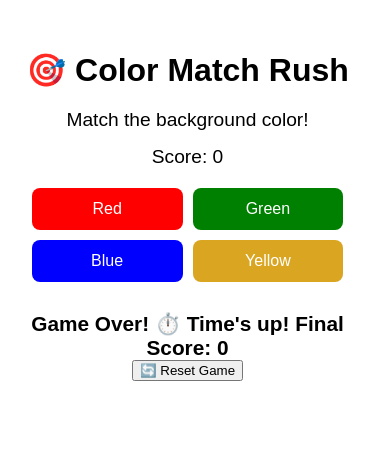
Repository: alokanand524/anand-portfolio
Page: games/color-match-game/index.html
These files come from the project's save history. The page is drawn as it stood at one moment and after the next save; the edit follows.
The browser window is 375 px wide. The pictures show the whole page.

Above is the page before, as saved 2025-07-31 16:20:11.

After the next save:
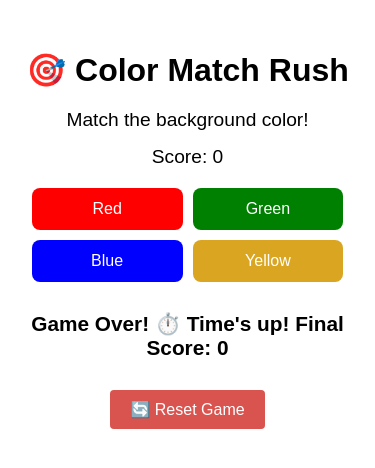
Saved 10 s later.
--- a/games/color-match-game/style.css
+++ b/games/color-match-game/style.css
@@ -1,67 +1,94 @@
-body, html {
-  margin: 0;
-  padding: 0;
-  font-family: 'Arial', sans-serif;
-  transition: background 0.3s ease-in-out;
+body,
+html {
+    margin: 0;
+    padding: 0;
+    font-family: 'Arial', sans-serif;
+    transition: background 0.3s ease-in-out;
 }
 
 .game-container {
-  text-align: center;
-  padding: 30px 20px;
+    text-align: center;
+    padding: 30px 20px;
 }
 
 h1 {
-  font-size: 2rem;
-  margin-bottom: 10px;
+    font-size: 2rem;
+    margin-bottom: 10px;
 }
 
 #instruction {
-  font-size: 1.2rem;
-  margin-bottom: 15px;
+    font-size: 1.2rem;
+    margin-bottom: 15px;
 }
 
 .score-board {
-  font-size: 1.2rem;
-  margin-bottom: 20px;
+    font-size: 1.2rem;
+    margin-bottom: 20px;
 }
 
 .buttons {
-  display: flex;
-  flex-wrap: wrap;
-  justify-content: center;
-  gap: 10px;
-  margin-bottom: 30px;
+    display: flex;
+    flex-wrap: wrap;
+    justify-content: center;
+    gap: 10px;
+    margin-bottom: 30px;
 }
 
 .color-btn {
-  padding: 15px 25px;
-  font-size: 1.1rem;
-  border: none;
-  border-radius: 8px;
-  color: white;
-  cursor: pointer;
-  width: 100px;
-  transition: transform 0.2s;
+    padding: 15px 25px;
+    font-size: 1.1rem;
+    border: none;
+    border-radius: 8px;
+    color: white;
+    cursor: pointer;
+    width: 100px;
+    transition: transform 0.2s;
 }
 
 .color-btn:hover {
-  transform: scale(1.05);
+    transform: scale(1.05);
 }
 
-.red { background-color: red; }
-.green { background-color: green; }
-.blue { background-color: blue; }
-.yellow { background-color: goldenrod; }
+.red {
+    background-color: red;
+}
+
+.green {
+    background-color: green;
+}
+
+.blue {
+    background-color: blue;
+}
+
+.yellow {
+    background-color: goldenrod;
+}
 
 #status {
-  font-size: 1.3rem;
-  font-weight: bold;
+    font-size: 1.3rem;
+    font-weight: bold;
+}
+
+.reset-btn {
+    margin-top: 30px;
+    background-color: #d9534f;
+    color: white;
+    border: none;
+    padding: 10px 20px;
+    font-size: 16px;
+    border-radius: 4px;
+    cursor: pointer;
+}
+
+.reset-btn:hover {
+    background-color: #c9302c;
 }
 
 @media (max-width: 600px) {
-  .color-btn {
-    width: 45%;
-    font-size: 1rem;
-    padding: 12px;
-  }
+    .color-btn {
+        width: 45%;
+        font-size: 1rem;
+        padding: 12px;
+    }
 }
